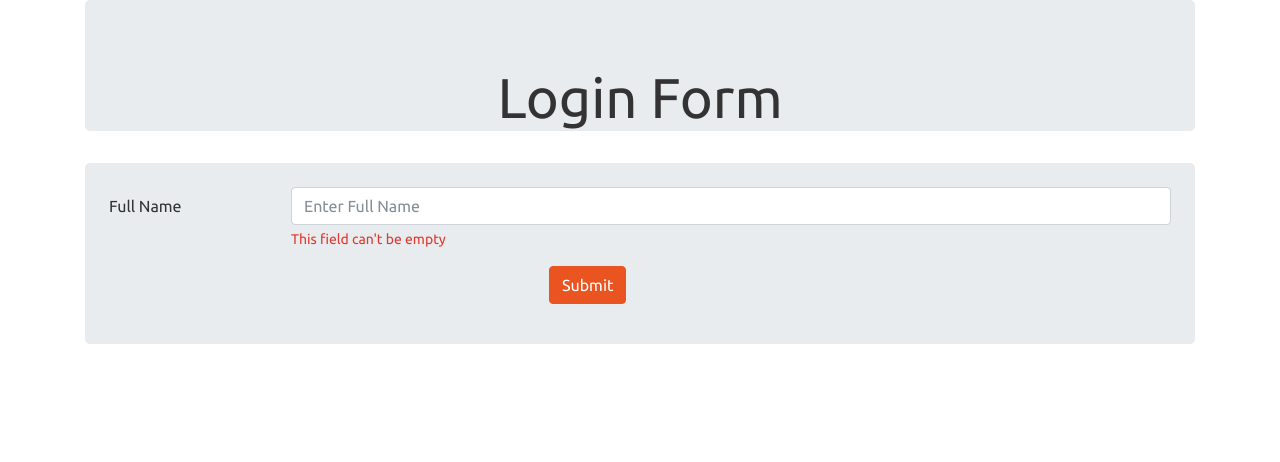
Repository: amar468S/Ng-templateDrivenForm
Page: /
The author's editor kept a copy of each file at every save. The page is drawn from the files as they stood at one save, then again after the next save.
The browser window is 1280 px wide. The pictures show the whole page.
Some web libraries are served in a nearby version. The project was rebuilt for these pictures with package versions that can differ from the ones it lists, and the page was loaded fresh each time. Also part of the build but not shown: angular.json.

Above is the page before, as saved 2019-02-03 16:33:14.

After the next save:
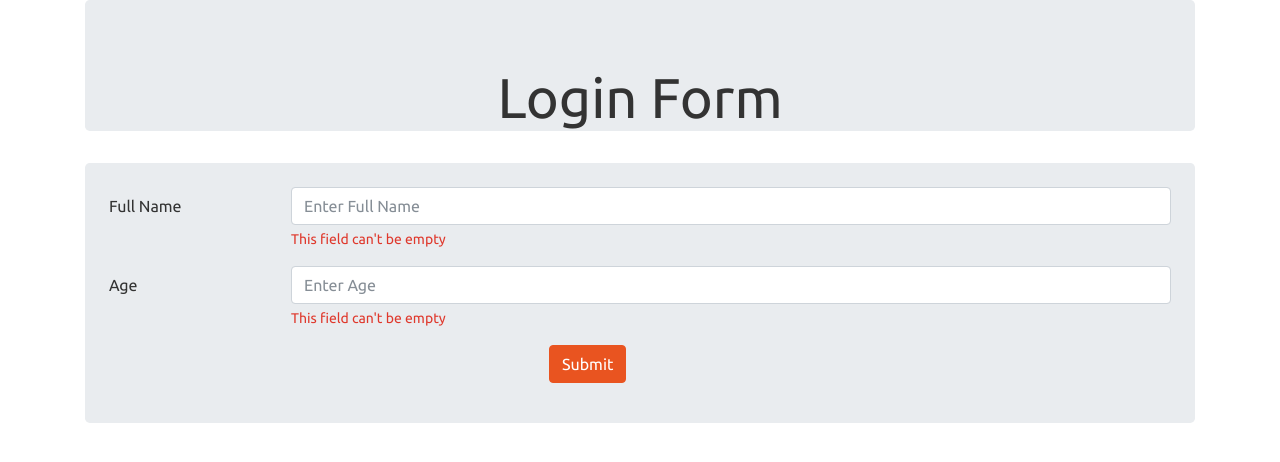
Saved 18 s later.
--- a/src/app/app.component.html
+++ b/src/app/app.component.html
@@ -13,7 +13,7 @@
             <small class="form-text text-danger">This field can't be empty</small>
           </div>
       </div>
-      <!-- <div class="form-group row">
+      <div class="form-group row">
           <label class="col-sm-2 col-form-label">Age</label>
           <div class="col-sm-10">
             <input type="number" class="form-control" placeholder="Enter Age"
@@ -21,7 +21,7 @@
             <small class="form-text text-danger">This field can't be empty</small>
           </div>
       </div>
-      <div class="form-group row">
+      <!-- <div class="form-group row">
           <label class="col-sm-2 col-form-label">Email</label>
           <div class="col-sm-10">
             <input type="text" class="form-control" placeholder="Enter Email"
